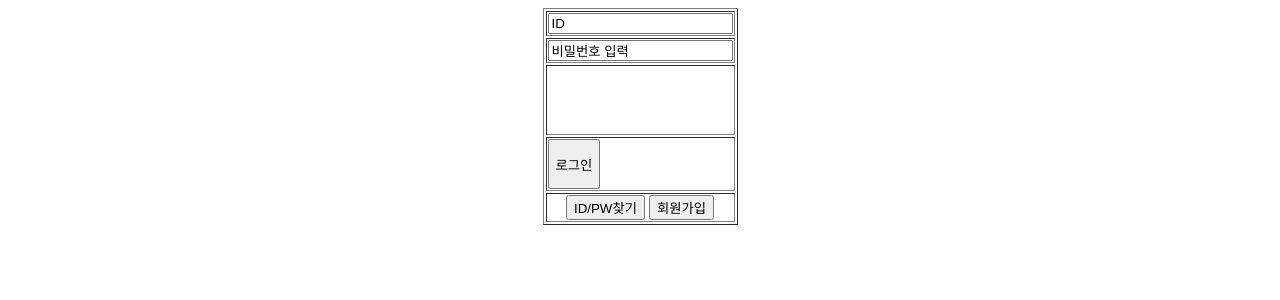
Repository: Leewonhoo/kostaweb
Page: http://localhost/FirstProject/Login.jsp
The author's editor kept a copy of each file at every save. The page is drawn from the files as they stood at one save, then again after the next save.
The browser window is 1280 px wide. The pictures show the whole page.
The page is served by Tomcat 9.

Above is the page before, as saved 2017-09-14 05:27:35.

After the next save:
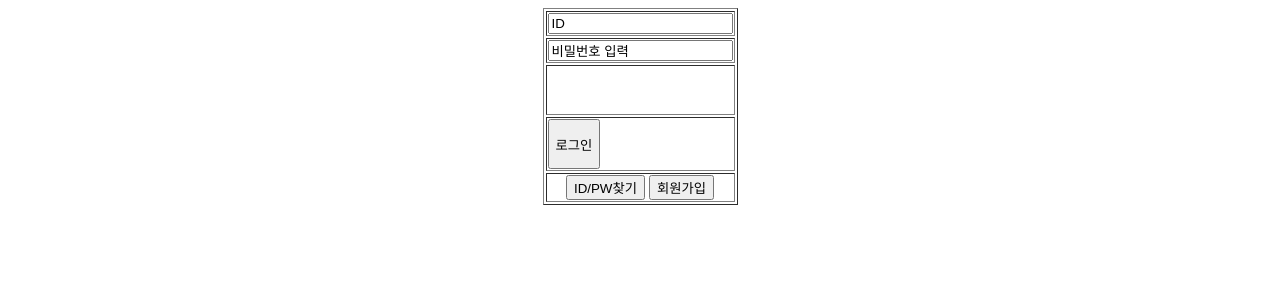
Saved 23 s later.
--- a/FirstProject/WebContent/Login.jsp
+++ b/FirstProject/WebContent/Login.jsp
@@ -38,8 +38,8 @@
 				<td>
 					<input id="pass" name="pass" type="text" value="비밀번호 입력" onfocus="pwonfocus()" onblur="pwonblur()">
 				</td>
-			<tr height="70px">
-				<td>
+			<tr height="50px">
+				<td width="100px">
 					<span id="logstatus"></span>
 				</td>
 			</tr>
